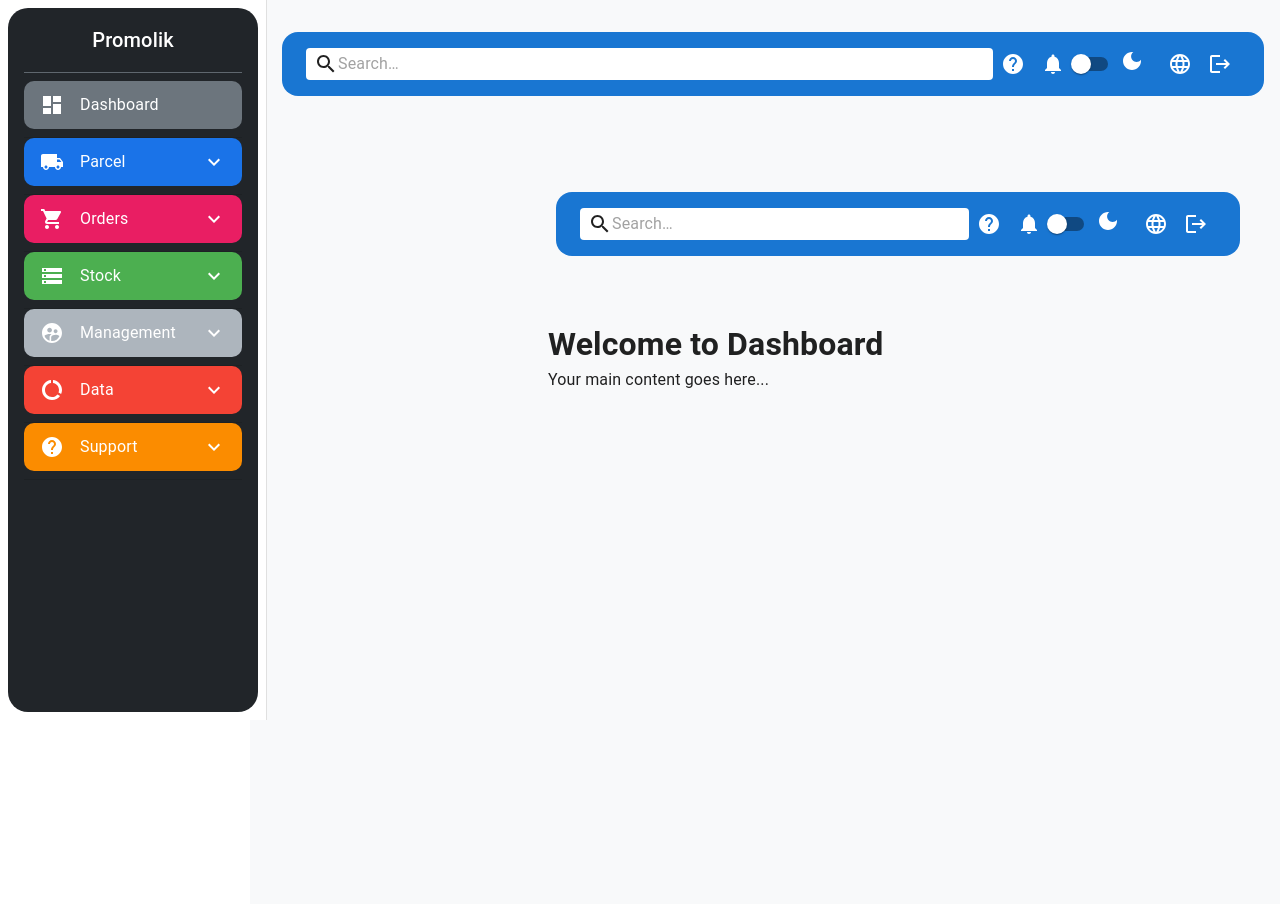
Repository: yosrjdly/stk
Page: /dashboard (app in dashboard/)
The author's editor kept a copy of each file at every save. The page is drawn from the files as they stood at one save, then again after the next save.
The browser window is 1280 px wide. The pictures show the whole page.
The project was rebuilt for these pictures with package versions that can differ from the ones it lists, and the page was loaded fresh each time. The framework's server and built-in components were replaced by stand-ins that run in the browser. Also part of the build but not shown: dashboard/next.config.ts.

Above is the page before, as saved 2025-02-14 17:10:31.

After the next save:
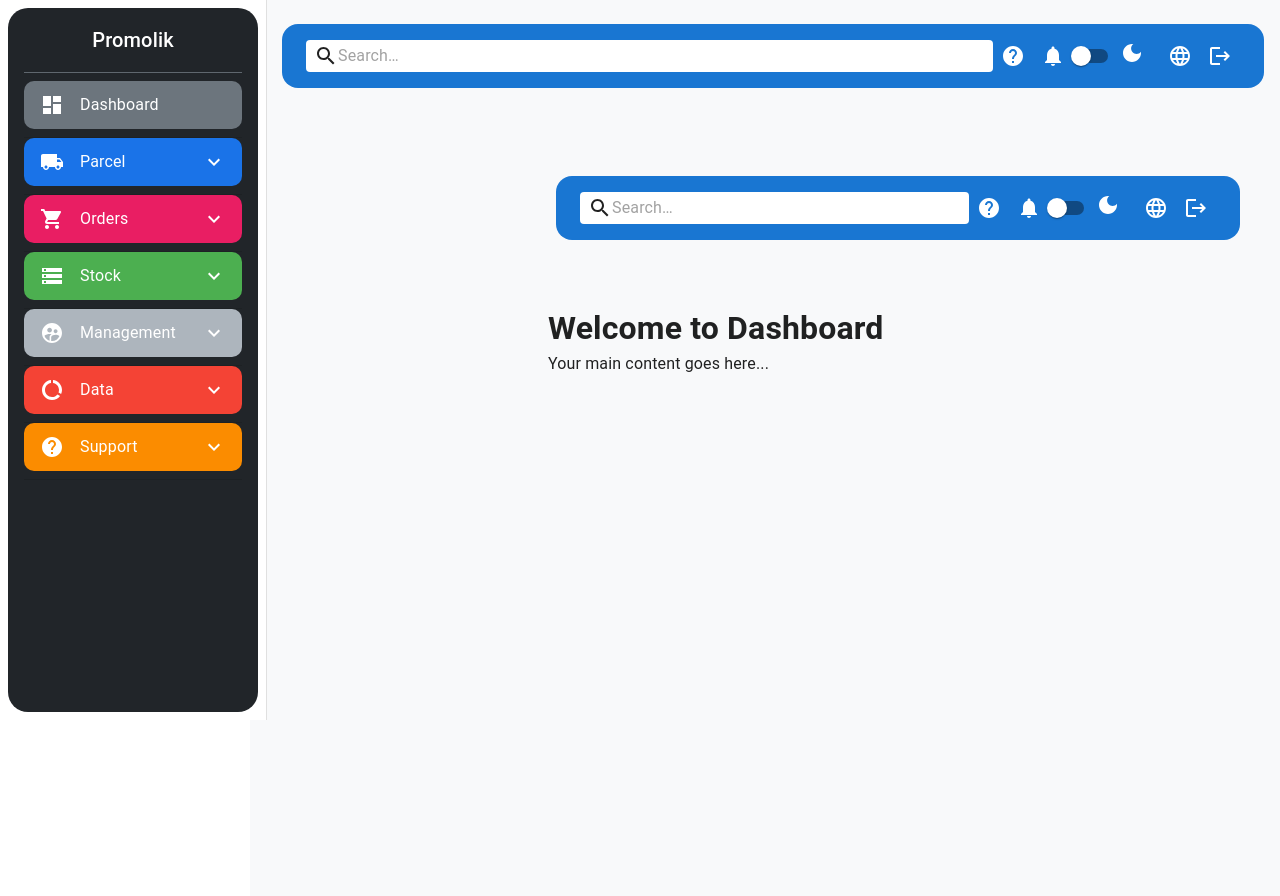
Saved 10 s later.
--- a/dashboard/src/componenets/navbar/Navbar.tsx
+++ b/dashboard/src/componenets/navbar/Navbar.tsx
@@ -29,7 +29,7 @@ const Navbar = () => {
       position="sticky"
       sx={{
         mx: 1,
-        mt: 1,
+        mt: 0,
         borderRadius: '16px',
         boxShadow: 'none',
         backdropFilter: 'blur(10px)',
